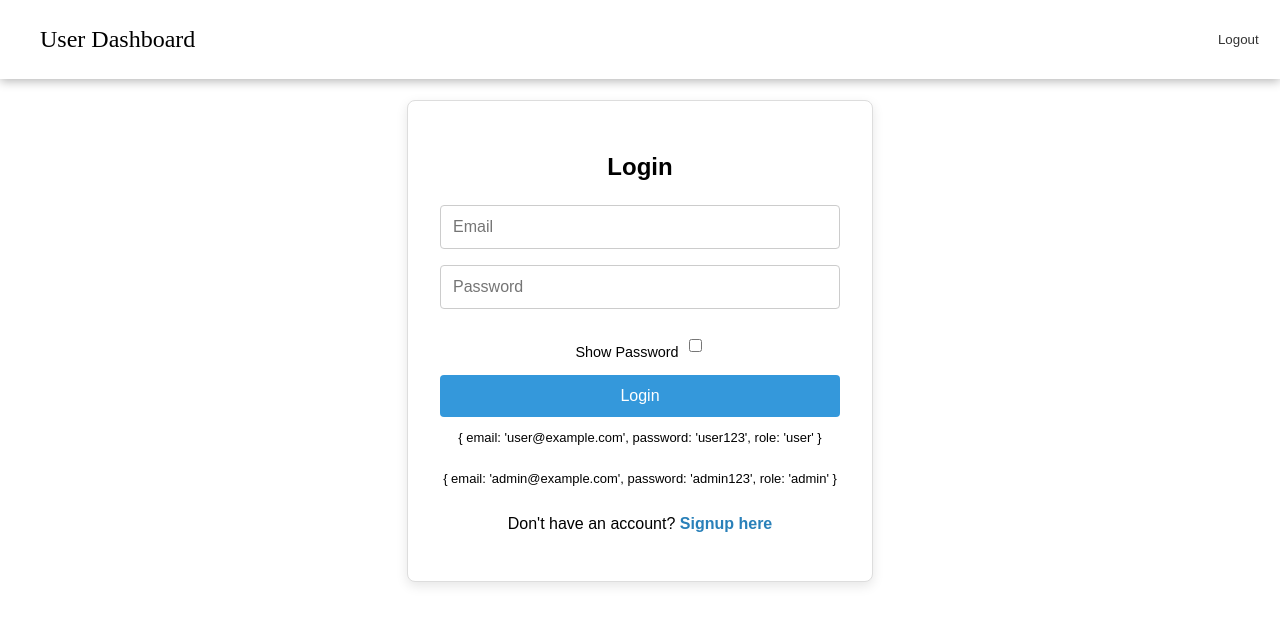
Repository: Edmund-Kiama/todoPHP
Page: / (app in task-manager-frontend/)
These files come from the project's save history. The page is drawn as it stood at one moment and after a run of saves; the edit follows.
The browser window is 1280 px wide. The pictures show the whole page.
The project was rebuilt for these pictures with package versions that can differ from the ones it lists, and the page was loaded fresh each time. Also part of the build but not shown: task-manager-frontend/vite.config.js, task-manager-frontend/src/components/Admin/admin.css, task-manager-frontend/src/components/Admin/AdminDashboard.vue, task-manager-frontend/src/components/User/user.css, task-manager-frontend/src/components/User/UserDashboard.vue, task-manager-frontend/src/components/Auth/signup.css, task-manager-frontend/src/components/Auth/Signup.vue.

Above is the page before, as saved 2025-07-12 23:20:37.

After the next 2 saves:
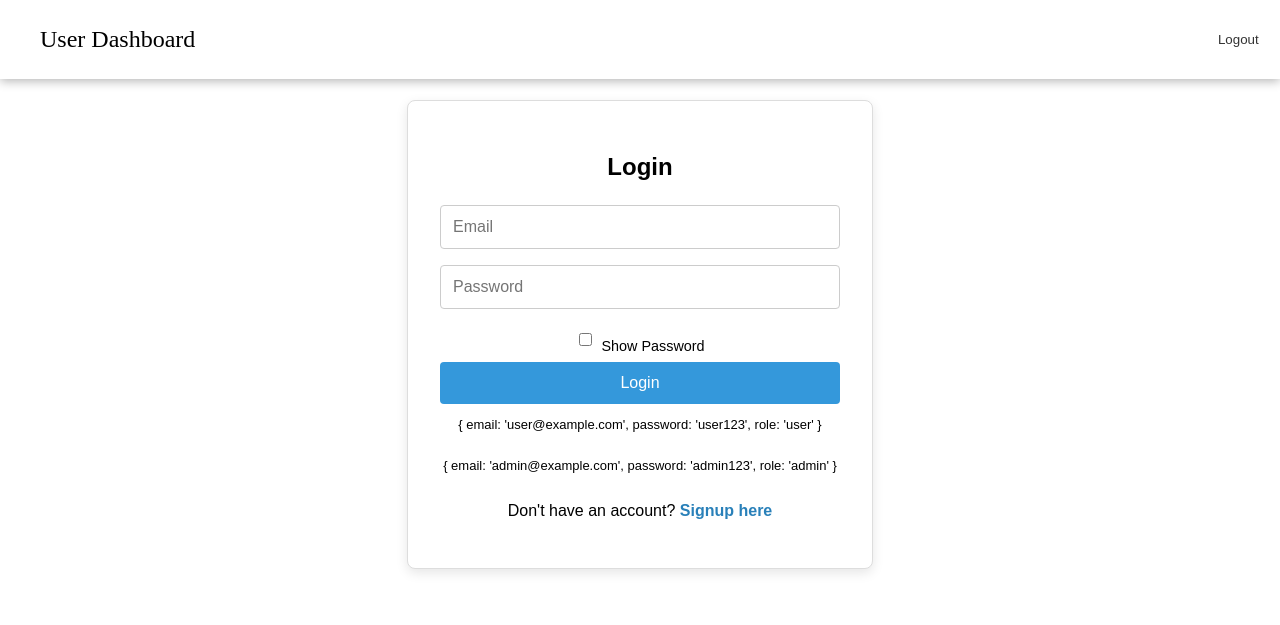
The 2 saves are shown as one change because they came seconds apart.
The last was saved 22 s later.
--- a/task-manager-frontend/src/components/Auth/Login.vue
+++ b/task-manager-frontend/src/components/Auth/Login.vue
@@ -75,8 +75,8 @@
             <input v-model="email" placeholder="Email" required />
             <input :type="showPassword ? 'text' :'password'" v-model="password" placeholder="Password" required />
             <label class="show-toggle">
-                <p>Show Password</p>
                 <input type="checkbox" v-model="showPassword" />
+                Show Password
             </label>
             <button>Login</button>
             <p v-if="error" class="error">{{ error }}</p>
